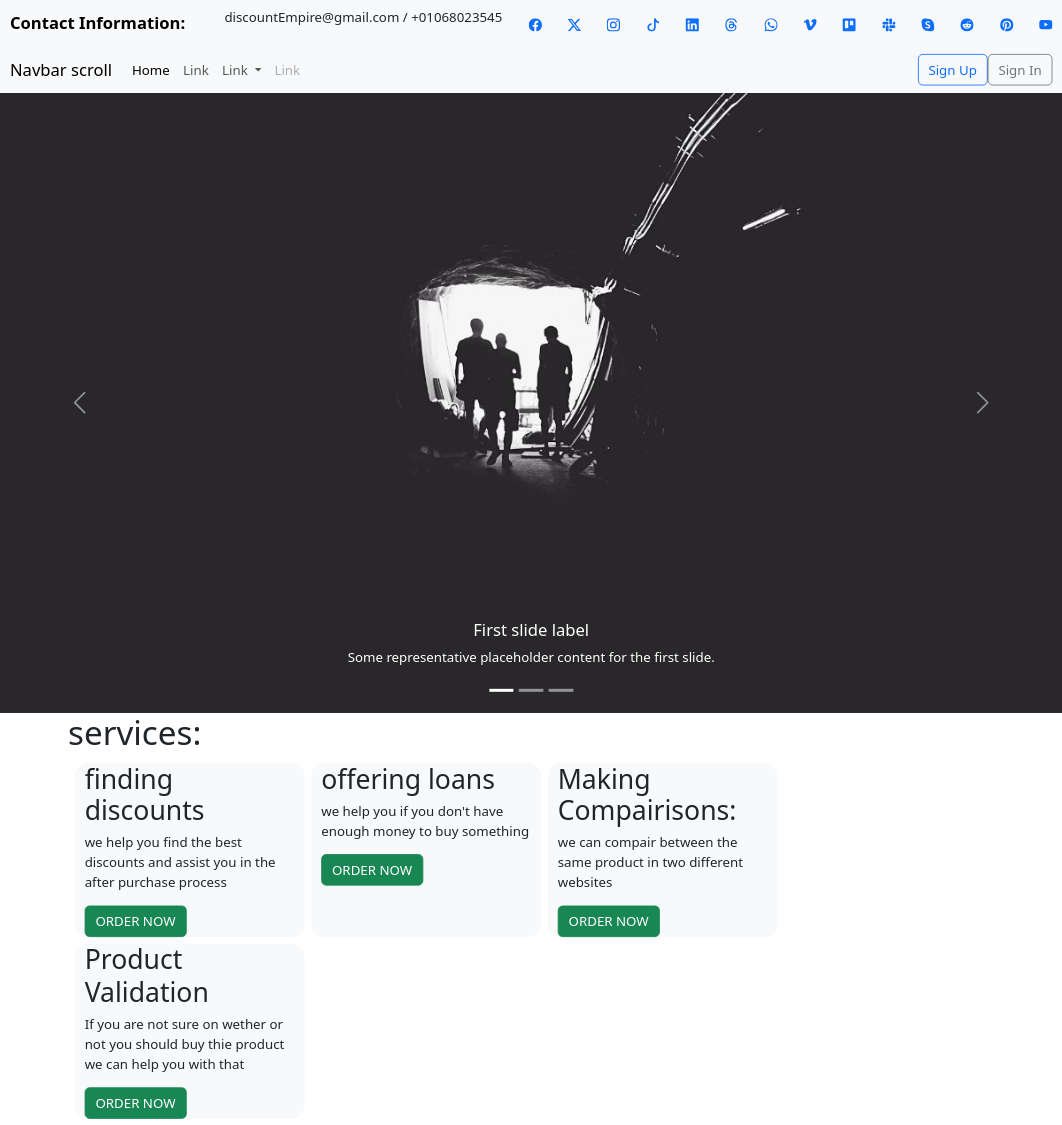
Repository: HaziimYassien/The-Discount-Empire
Page: index.html
These files come from the project's save history. The page is drawn as it stood at one moment and after the next save; the edit follows.
The browser window is 1280 px wide. The pictures show the whole page, at 83% of full size.

Above is the page before, as saved 2024-01-24 18:56:03.

### index.html
<!DOCTYPE html>
<html lang="en">
  <head>
    <meta charset="UTF-8" />
    <meta name="viewport" content="width=device-width, initial-scale=1.0" />
<link href="https://cdn.jsdelivr.net/npm/bootstrap@5.3.2/dist/css/bootstrap.min.css" rel="stylesheet" integrity="sha384-T3c6CoIi6uLrA9TneNEoa7RxnatzjcDSCmG1MXxSR1GAsXEV/Dwwykc2MPK8M2HN" crossorigin="anonymous">
<script src="https://cdn.jsdelivr.net/npm/bootstrap@5.3.2/dist/js/bootstrap.bundle.min.js" integrity="sha384-C6RzsynM9kWDrMNeT87bh95OGNyZPhcTNXj1NW7RuBCsyN/o0jlpcV8Qyq46cDfL" crossorigin="anonymous"></script>

    <title>Document</title>
  </head>
  <body>
    <!-- START _SocialMediaBar -->
<nav class="h-auto navbar sticky-top navbar-light bg-light">
  <div class="h-1 container-fluid">
    <strong class="mb-0 navbar-brand" href="#">Contact Information:  </strong>
    <p>discountEmpire@gmail.com / +01068023545</p>
    <a href="#">
 <svg xmlns="http://www.w3.org/2000/svg" width="16" height="16" fill="currentColor" class="bi bi-facebook" viewBox="0 0 16 16">
  <path d="M16 8.049c0-4.446-3.582-8.05-8-8.05C3.58 0-.002 3.603-.002 8.05c0 4.017 2.926 7.347 6.75 7.951v-5.625h-2.03V8.05H6.75V6.275c0-2.017 1.195-3.131 3.022-3.131.876 0 1.791.157 1.791.157v1.98h-1.009c-.993 0-1.303.621-1.303 1.258v1.51h2.218l-.354 2.326H9.25V16c3.824-.604 6.75-3.934 6.75-7.951"/>
</svg>
    </a>

    <a href="#">
<svg xmlns="http://www.w3.org/2000/svg" width="16" height="16" fill="currentColor" class="bi bi-twitter-x" viewBox="0 0 16 16">
  <path d="M12.6.75h2.454l-5.36 6.142L16 15.25h-4.937l-3.867-5.07-4.425 5.07H.316l5.733-6.57L0 .75h5.063l3.495 4.633L12.601.75Zm-.86 13.028h1.36L4.323 2.145H2.865z"/>
</svg>
</a>
<a href="#">
<svg xmlns="http://www.w3.org/2000/svg" width="16" height="16" fill="currentColor" class="bi bi-instagram" viewBox="0 0 16 16">
  <path d="M8 0C5.829 0 5.556.01 4.703.048 3.85.088 3.269.222 2.76.42a3.9 3.9 0 0 0-1.417.923A3.9 3.9 0 0 0 .42 2.76C.222 3.268.087 3.85.048 4.7.01 5.555 0 5.827 0 8.001c0 2.172.01 2.444.048 3.297.04.852.174 1.433.372 1.942.205.526.478.972.923 1.417.444.445.89.719 1.416.923.51.198 1.09.333 1.942.372C5.555 15.99 5.827 16 8 16s2.444-.01 3.298-.048c.851-.04 1.434-.174 1.943-.372a3.9 3.9 0 0 0 1.416-.923c.445-.445.718-.891.923-1.417.197-.509.332-1.09.372-1.942C15.99 10.445 16 10.173 16 8s-.01-2.445-.048-3.299c-.04-.851-.175-1.433-.372-1.941a3.9 3.9 0 0 0-.923-1.417A3.9 3.9 0 0 0 13.24.42c-.51-.198-1.092-.333-1.943-.372C10.443.01 10.172 0 7.998 0zm-.717 1.442h.718c2.136 0 2.389.007 3.232.046.78.035 1.204.166 1.486.275.373.145.64.319.92.599s.453.546.598.92c.11.281.24.705.275 1.485.039.843.047 1.096.047 3.231s-.008 2.389-.047 3.232c-.035.78-.166 1.203-.275 1.485a2.5 2.5 0 0 1-.599.919c-.28.28-.546.453-.92.598-.28.11-.704.24-1.485.276-.843.038-1.096.047-3.232.047s-2.39-.009-3.233-.047c-.78-.036-1.203-.166-1.485-.276a2.5 2.5 0 0 1-.92-.598 2.5 2.5 0 0 1-.6-.92c-.109-.281-.24-.705-.275-1.485-.038-.843-.046-1.096-.046-3.233s.008-2.388.046-3.231c.036-.78.166-1.204.276-1.486.145-.373.319-.64.599-.92s.546-.453.92-.598c.282-.11.705-.24 1.485-.276.738-.034 1.024-.044 2.515-.045zm4.988 1.328a.96.96 0 1 0 0 1.92.96.96 0 0 0 0-1.92m-4.27 1.122a4.109 4.109 0 1 0 0 8.217 4.109 4.109 0 0 0 0-8.217m0 1.441a2.667 2.667 0 1 1 0 5.334 2.667 2.667 0 0 1 0-5.334"/>
</svg>
</a>
<a href="#">
<svg xmlns="http://www.w3.org/2000/svg" width="16" height="16" fill="currentColor" class="bi bi-tiktok" viewBox="0 0 16 16">
  <path d="M9 0h1.98c.144.715.54 1.617 1.235 2.512C12.895 3.389 13.797 4 15 4v2c-1.753 0-3.07-.814-4-1.829V11a5 5 0 1 1-5-5v2a3 3 0 1 0 3 3z"/>
</svg>
</a>
<a href="#">
<svg xmlns="http://www.w3.org/2000/svg" width="16" height="16" fill="currentColor" class="bi bi-linkedin" viewBox="0 0 16 16">
  <path d="M0 1.146C0 .513.526 0 1.175 0h13.65C15.474 0 16 .513 16 1.146v13.708c0 .633-.526 1.146-1.175 1.146H1.175C.526 16 0 15.487 0 14.854zm4.943 12.248V6.169H2.542v7.225zm-1.2-8.212c.837 0 1.358-.554 1.358-1.248-.015-.709-.52-1.248-1.342-1.248S2.4 3.226 2.4 3.934c0 .694.521 1.248 1.327 1.248zm4.908 8.212V9.359c0-.216.016-.432.08-.586.173-.431.568-.878 1.232-.878.869 0 1.216.662 1.216 1.634v3.865h2.401V9.25c0-2.22-1.184-3.252-2.764-3.252-1.274 0-1.845.7-2.165 1.193v.025h-.016l.016-.025V6.169h-2.4c.03.678 0 7.225 0 7.225z"/>
</svg>
</a>
<a href="#">
<svg xmlns="http://www.w3.org/2000/svg" width="16" height="16" fill="currentColor" class="bi bi-threads" viewBox="0 0 16 16">
  <path d="M6.321 6.016c-.27-.18-1.166-.802-1.166-.802.756-1.081 1.753-1.502 3.132-1.502.975 0 1.803.327 2.394.948s.928 1.509 1.005 2.644q.492.207.905.484c1.109.745 1.719 1.86 1.719 3.137 0 2.716-2.226 5.075-6.256 5.075C4.594 16 1 13.987 1 7.994 1 2.034 4.482 0 8.044 0 9.69 0 13.55.243 15 5.036l-1.36.353C12.516 1.974 10.163 1.43 8.006 1.43c-3.565 0-5.582 2.171-5.582 6.79 0 4.143 2.254 6.343 5.63 6.343 2.777 0 4.847-1.443 4.847-3.556 0-1.438-1.208-2.127-1.27-2.127-.236 1.234-.868 3.31-3.644 3.31-1.618 0-3.013-1.118-3.013-2.582 0-2.09 1.984-2.847 3.55-2.847.586 0 1.294.04 1.663.114 0-.637-.54-1.728-1.9-1.728-1.25 0-1.566.405-1.967.868ZM8.716 8.19c-2.04 0-2.304.87-2.304 1.416 0 .878 1.043 1.168 1.6 1.168 1.02 0 2.067-.282 2.232-2.423a6.2 6.2 0 0 0-1.528-.161"/>
</svg>
</a>
<a href="#">
<svg xmlns="http://www.w3.org/2000/svg" width="16" height="16" fill="currentColor" class="bi bi-whatsapp" viewBox="0 0 16 16">
  <path d="M13.601 2.326A7.85 7.85 0 0 0 7.994 0C3.627 0 .068 3.558.064 7.926c0 1.399.366 2.76 1.057 3.965L0 16l4.204-1.102a7.9 7.9 0 0 0 3.79.965h.004c4.368 0 7.926-3.558 7.93-7.93A7.9 7.9 0 0 0 13.6 2.326zM7.994 14.521a6.6 6.6 0 0 1-3.356-.92l-.24-.144-2.494.654.666-2.433-.156-.251a6.56 6.56 0 0 1-1.007-3.505c0-3.626 2.957-6.584 6.591-6.584a6.56 6.56 0 0 1 4.66 1.931 6.56 6.56 0 0 1 1.928 4.66c-.004 3.639-2.961 6.592-6.592 6.592m3.615-4.934c-.197-.099-1.17-.578-1.353-.646-.182-.065-.315-.099-.445.099-.133.197-.513.646-.627.775-.114.133-.232.148-.43.05-.197-.1-.836-.308-1.592-.985-.59-.525-.985-1.175-1.103-1.372-.114-.198-.011-.304.088-.403.087-.088.197-.232.296-.346.1-.114.133-.198.198-.33.065-.134.034-.248-.015-.347-.05-.099-.445-1.076-.612-1.47-.16-.389-.323-.335-.445-.34-.114-.007-.247-.007-.38-.007a.73.73 0 0 0-.529.247c-.182.198-.691.677-.691 1.654s.71 1.916.81 2.049c.098.133 1.394 2.132 3.383 2.992.47.205.84.326 1.129.418.475.152.904.129 1.246.08.38-.058 1.171-.48 1.338-.943.164-.464.164-.86.114-.943-.049-.084-.182-.133-.38-.232"/>
</svg>
</a>
<a href="#">
<svg xmlns="http://www.w3.org/2000/svg" width="16" height="16" fill="currentColor" class="bi bi-vimeo" viewBox="0 0 16 16">
  <path d="M15.992 4.204q-.106 2.334-3.262 6.393-3.263 4.243-5.522 4.243-1.4 0-2.367-2.583L3.55 7.523Q2.83 4.939 2.007 4.94q-.178.001-1.254.754L0 4.724a210 210 0 0 0 2.334-2.081q1.581-1.364 2.373-1.437 1.865-.185 2.298 2.553.466 2.952.646 3.666.54 2.447 1.186 2.445.5 0 1.508-1.587 1.006-1.587 1.077-2.415.144-1.37-1.077-1.37a3 3 0 0 0-1.185.261q1.183-3.86 4.508-3.756 2.466.075 2.324 3.2z"/>
</svg>
</a>
<a href="#">
<svg xmlns="http://www.w3.org/2000/svg" width="16" height="16" fill="currentColor" class="bi bi-trello" viewBox="0 0 16 16">
  <path d="M14.1 0H1.903C.852 0 .002.85 0 1.9v12.19A1.9 1.9 0 0 0 1.902 16h12.199A1.9 1.9 0 0 0 16 14.09V1.9A1.9 1.9 0 0 0 14.1 0M7 11.367a.636.636 0 0 1-.64.633H3.593a.633.633 0 0 1-.63-.633V3.583c0-.348.281-.631.63-.633h2.765c.35.002.632.284.633.633zm6.052-3.5a.633.633 0 0 1-.64.633h-2.78A.636.636 0 0 1 9 7.867V3.583a.636.636 0 0 1 .633-.633h2.778c.35.002.631.285.631.633z"/>
</svg>
</a>
<a href="#">
<svg xmlns="http://www.w3.org/2000/svg" width="16" height="16" fill="currentColor" class="bi bi-slack" viewBox="0 0 16 16">
  <path d="M3.362 10.11c0 .926-.756 1.681-1.681 1.681S0 11.036 0 10.111.756 8.43 1.68 8.43h1.682zm.846 0c0-.924.756-1.68 1.681-1.68s1.681.756 1.681 1.68v4.21c0 .924-.756 1.68-1.68 1.68a1.685 1.685 0 0 1-1.682-1.68zM5.89 3.362c-.926 0-1.682-.756-1.682-1.681S4.964 0 5.89 0s1.68.756 1.68 1.68v1.682zm0 .846c.924 0 1.68.756 1.68 1.681S6.814 7.57 5.89 7.57H1.68C.757 7.57 0 6.814 0 5.89c0-.926.756-1.682 1.68-1.682zm6.749 1.682c0-.926.755-1.682 1.68-1.682S16 4.964 16 5.889s-.756 1.681-1.68 1.681h-1.681zm-.848 0c0 .924-.755 1.68-1.68 1.68A1.685 1.685 0 0 1 8.43 5.89V1.68C8.43.757 9.186 0 10.11 0c.926 0 1.681.756 1.681 1.68zm-1.681 6.748c.926 0 1.682.756 1.682 1.681S11.036 16 10.11 16s-1.681-.756-1.681-1.68v-1.682h1.68zm0-.847c-.924 0-1.68-.755-1.68-1.68s.756-1.681 1.68-1.681h4.21c.924 0 1.68.756 1.68 1.68 0 .926-.756 1.681-1.68 1.681z"/>
</svg>
</a>
<a href="#">
<svg xmlns="http://www.w3.org/2000/svg" width="16" height="16" fill="currentColor" class="bi bi-skype" viewBox="0 0 16 16">
  <path d="M4.671 0c.88 0 1.733.247 2.468.702a7.42 7.42 0 0 1 6.02 2.118 7.37 7.37 0 0 1 2.167 5.215q0 .517-.072 1.026a4.66 4.66 0 0 1 .6 2.281 4.64 4.64 0 0 1-1.37 3.294A4.67 4.67 0 0 1 11.18 16c-.84 0-1.658-.226-2.37-.644a7.42 7.42 0 0 1-6.114-2.107A7.37 7.37 0 0 1 .529 8.035q0-.545.08-1.081a4.644 4.644 0 0 1 .76-5.59A4.68 4.68 0 0 1 4.67 0zm.447 7.01c.18.309.43.572.729.769a7 7 0 0 0 1.257.653q.737.308 1.145.523c.229.112.437.264.615.448.135.142.21.331.21.528a.87.87 0 0 1-.335.723c-.291.196-.64.289-.99.264a2.6 2.6 0 0 1-1.048-.206 11 11 0 0 1-.532-.253 1.3 1.3 0 0 0-.587-.15.72.72 0 0 0-.501.176.63.63 0 0 0-.195.491.8.8 0 0 0 .148.482 1.2 1.2 0 0 0 .456.354 5.1 5.1 0 0 0 2.212.419 4.6 4.6 0 0 0 1.624-.265 2.3 2.3 0 0 0 1.08-.801c.267-.39.402-.855.386-1.327a2.1 2.1 0 0 0-.279-1.101 2.5 2.5 0 0 0-.772-.792A7 7 0 0 0 8.486 7.3a1 1 0 0 0-.145-.058 18 18 0 0 1-1.013-.447 1.8 1.8 0 0 1-.54-.387.73.73 0 0 1-.2-.508.8.8 0 0 1 .385-.723 1.76 1.76 0 0 1 .968-.247c.26-.003.52.03.772.096q.412.119.802.293c.105.049.22.075.336.076a.6.6 0 0 0 .453-.19.7.7 0 0 0 .18-.496.72.72 0 0 0-.17-.476 1.4 1.4 0 0 0-.556-.354 3.7 3.7 0 0 0-.708-.183 6 6 0 0 0-1.022-.078 4.5 4.5 0 0 0-1.536.258 2.7 2.7 0 0 0-1.174.784 1.9 1.9 0 0 0-.45 1.287c-.01.37.076.736.25 1.063"/>
</svg>
</a>
<a href="#">
<svg xmlns="http://www.w3.org/2000/svg" width="16" height="16" fill="currentColor" class="bi bi-reddit" viewBox="0 0 16 16">
  <path d="M6.167 8a.83.83 0 0 0-.83.83c0 .459.372.84.83.831a.831.831 0 0 0 0-1.661m1.843 3.647c.315 0 1.403-.038 1.976-.611a.23.23 0 0 0 0-.306.213.213 0 0 0-.306 0c-.353.363-1.126.487-1.67.487-.545 0-1.308-.124-1.671-.487a.213.213 0 0 0-.306 0 .213.213 0 0 0 0 .306c.564.563 1.652.61 1.977.61zm.992-2.807c0 .458.373.83.831.83s.83-.381.83-.83a.831.831 0 0 0-1.66 0z"/>
  <path d="M16 8A8 8 0 1 1 0 8a8 8 0 0 1 16 0m-3.828-1.165c-.315 0-.602.124-.812.325-.801-.573-1.9-.945-3.121-.993l.534-2.501 1.738.372a.83.83 0 1 0 .83-.869.83.83 0 0 0-.744.468l-1.938-.41a.2.2 0 0 0-.153.028.2.2 0 0 0-.086.134l-.592 2.788c-1.24.038-2.358.41-3.17.992-.21-.2-.496-.324-.81-.324a1.163 1.163 0 0 0-.478 2.224q-.03.17-.029.353c0 1.795 2.091 3.256 4.669 3.256s4.668-1.451 4.668-3.256c0-.114-.01-.238-.029-.353.401-.181.688-.592.688-1.069 0-.65-.525-1.165-1.165-1.165"/>
</svg>
</a>
<a href="#">
<svg xmlns="http://www.w3.org/2000/svg" width="16" height="16" fill="currentColor" class="bi bi-pinterest" viewBox="0 0 16 16">
  <path d="M8 0a8 8 0 0 0-2.915 15.452c-.07-.633-.134-1.606.027-2.297.146-.625.938-3.977.938-3.977s-.239-.479-.239-1.187c0-1.113.645-1.943 1.448-1.943.682 0 1.012.512 1.012 1.127 0 .686-.437 1.712-.663 2.663-.188.796.4 1.446 1.185 1.446 1.422 0 2.515-1.5 2.515-3.664 0-1.915-1.377-3.254-3.342-3.254-2.276 0-3.612 1.707-3.612 3.471 0 .688.265 1.425.595 1.826a.24.24 0 0 1 .056.23c-.061.252-.196.796-.222.907-.035.146-.116.177-.268.107-1-.465-1.624-1.926-1.624-3.1 0-2.523 1.834-4.84 5.286-4.84 2.775 0 4.932 1.977 4.932 4.62 0 2.757-1.739 4.976-4.151 4.976-.811 0-1.573-.421-1.834-.919l-.498 1.902c-.181.695-.669 1.566-.995 2.097A8 8 0 1 0 8 0"/>
</svg>
</a>
<a href="#">
<svg xmlns="http://www.w3.org/2000/svg" width="16" height="16" fill="currentColor" class="bi bi-youtube" viewBox="0 0 16 16">
  <path d="M8.051 1.999h.089c.822.003 4.987.033 6.11.335a2.01 2.01 0 0 1 1.415 1.42c.101.38.172.883.22 1.402l.01.104.022.26.008.104c.065.914.073 1.77.074 1.957v.075c-.001.194-.01 1.108-.082 2.06l-.008.105-.009.104c-.05.572-.124 1.14-.235 1.558a2.01 2.01 0 0 1-1.415 1.42c-1.16.312-5.569.334-6.18.335h-.142c-.309 0-1.587-.006-2.927-.052l-.17-.006-.087-.004-.171-.007-.171-.007c-1.11-.049-2.167-.128-2.654-.26a2.01 2.01 0 0 1-1.415-1.419c-.111-.417-.185-.986-.235-1.558L.09 9.82l-.008-.104A31 31 0 0 1 0 7.68v-.123c.002-.215.01-.958.064-1.778l.007-.103.003-.052.008-.104.022-.26.01-.104c.048-.519.119-1.023.22-1.402a2.01 2.01 0 0 1 1.415-1.42c.487-.13 1.544-.21 2.654-.26l.17-.007.172-.006.086-.003.171-.007A100 100 0 0 1 7.858 2zM6.4 5.209v4.818l4.157-2.408z"/>
</svg>
</a>
  </div>
</nav>
    <!-- END _SocialMediaBar -->
    <!-- START _NavBar -->
    <nav class="navbar navbar-expand-lg navbar-light bg-light sticky-top">
      <div class="container-fluid">
        <a class="navbar-brand" href="#">Navbar scroll</a>
        <button
          class="navbar-toggler"
          type="button"
          data-bs-toggle="collapse"
          data-bs-target="#navbarScroll"
          aria-controls="navbarScroll"
          aria-expanded="false"
          aria-label="Toggle navigation"
        >
          <span class="navbar-toggler-icon"></span>
        </button>
        <div class="collapse navbar-collapse" id="navbarScroll">
          <ul
            class="navbar-nav me-auto my-2 my-lg-0 navbar-nav-scroll"
            style="--bs-scroll-height: 100px"
          >
            <li class="nav-item">
              <a class="nav-link active" aria-current="page" href="#">Home</a>
            </li>
            <li class="nav-item">
              <a class="nav-link" href="#">Link</a>
            </li>
            <li class="nav-item dropdown">
              <a
                class="nav-link dropdown-toggle"
                href="#"
                id="navbarScrollingDropdown"
                role="button"
                data-bs-toggle="dropdown"
                aria-expanded="false"
              >
                Link
              </a>
              <ul
                class="dropdown-menu"
                aria-labelledby="navbarScrollingDropdown"
              >
                <li><a class="dropdown-item" href="#">Action</a></li>
                <li><a class="dropdown-item" href="#">Another action</a></li>
                <li><hr class="dropdown-divider" /></li>
                <li>
                  <a class="dropdown-item" href="#">Something else here</a>
                </li>
              </ul>
            </li>
            <li class="nav-item">
              <a
                class="nav-link disabled"
                href="#"
                tabindex="-1"
                aria-disabled="true"
                >Link</a
              >
            </li>
          </ul>

            <button class="btn btn-outline-primary" type="#">
              Sign Up
            </button>
              <button class="btn btn-outline-secondary" type="#">
              Sign In
            </button>
          </form>
        </div>
      </div>
    </nav>
    <!-- END _NavBar -->


    <!-- START _Gallery -->

<div id="carouselExampleDark" class="carousel carousel-light slide" data-bs-ride="carousel">
  <div class="carousel-indicators">
    <button type="button" data-bs-target="#carouselExampleDark" data-bs-slide-to="0" class="active" aria-current="true" aria-label="Slide 1"></button>
    <button type="button" data-bs-target="#carouselExampleDark" data-bs-slide-to="1" aria-label="Slide 2"></button>
    <button type="button" data-bs-target="#carouselExampleDark" data-bs-slide-to="2" aria-label="Slide 3"></button>
  </div>
  <div class="carousel-inner">
    <div class="carousel-item active" data-bs-interval="10000">
      <img src="/img/la.jpg" class="d-block w-100" alt="...">
      <div class="carousel-caption d-none d-md-block">
        <h5>First slide label</h5>
        <p>Some representative placeholder content for the first slide.</p>
      </div>
    </div>
    <div class="carousel-item" data-bs-interval="2000">
      <img src="/img/la.jpg" class="d-block w-100" alt="...">
      <div class="carousel-caption d-none d-md-block">
        <h5>Second slide label</h5>
        <p>Some representative placeholder content for the second slide.</p>
      </div>
    </div>
    <div class="carousel-item">
      <img src="/img/la.jpg" class="d-block w-100" alt="...">
      <div class="carousel-caption d-none d-md-block">
        <h5>Third slide label</h5>
        <p>Some representative placeholder content for the third slide.</p>
      </div>
    </div>
  </div>
  <button class="carousel-control-prev" type="button" data-bs-target="#carouselExampleDark" data-bs-slide="prev">
    <span class="carousel-control-prev-icon" aria-hidden="true"></span>
    <span class="visually-hidden">Previous</span>
  </button>
  <button class="carousel-control-next" type="button" data-bs-target="#carouselExampleDark" data-bs-slide="next">
    <span class="carousel-control-next-icon" aria-hidden="true"></span>
    <span class="visually-hidden">Next</span>
  </button>
</div>
    <!-- END _Gallery -->



    <!-- START _Services -->
<section class="container">
  <h1>services: </h1>

  <div class="row m-1">
  <div class="col-3 bg-light rounded-4 m-1">
    <h2>finding discounts</h2>
    <p>we help you find the best discounts and assist you in the after purchase process</p>
    <button type="button" class="btn btn-success">ORDER NOW</button>
  </div>
  <div class="col-3 bg-light rounded-4 m-1">
    <h2>offering loans</h2>
    <p>we help you if you don't have enough money to buy something</p>
    <button type="button" class="btn btn-success">ORDER NOW</button>
  </div>
  <div class="col-3 bg-light rounded-4 m-1">
    <h2>Making Compairisons: </h2>
    <p>we can compair between the same product in two different websites </p>
    <button type="button" class="btn btn-success">ORDER NOW</button>
  </div>
  <div class="col-3 bg-light rounded-4 m-1">
    <h2>Product Validation</h2>
    <p>If you are not sure on wether or not you should buy thie product we can help you with that </p>
    <button type="button" class="btn btn-success">ORDER NOW</button>
  </div>

</section>
    <!-- END _Services -->
  </body>
</html>

After the next save:
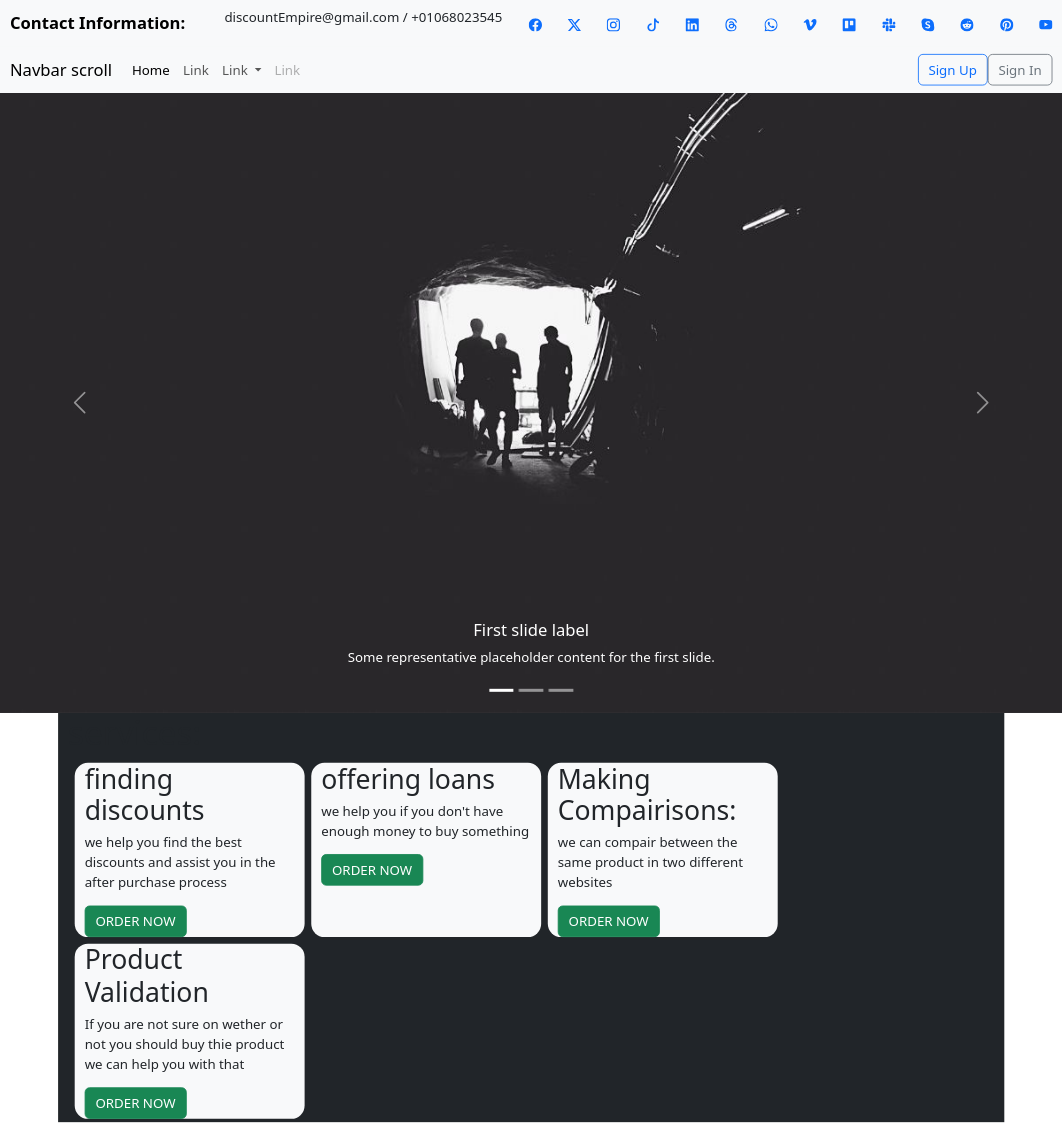
Saved 40 s later.
--- a/index.html
+++ b/index.html
@@ -207,7 +207,7 @@
 
 
     <!-- START _Services -->
-<section class="container">
+<section class="container bg-dark">
   <h1>services: </h1>
 
   <div class="row m-1">
